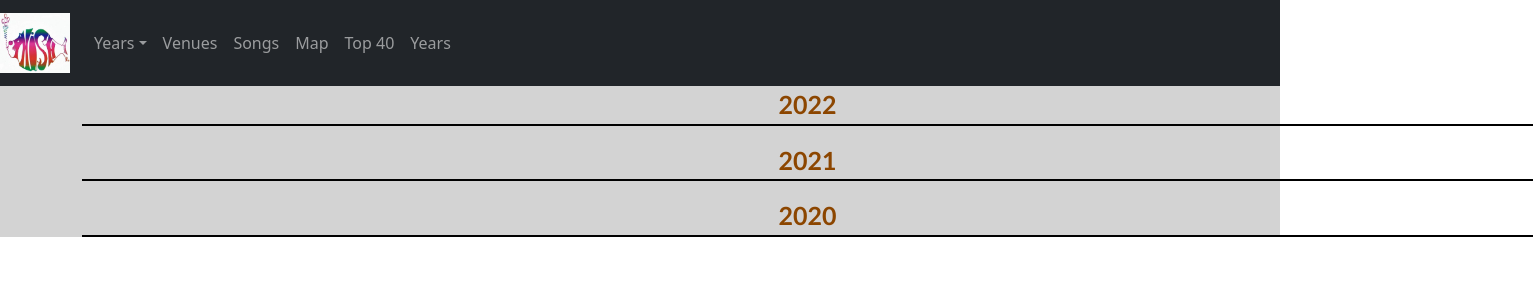
Repository: Jcparks84/gonePhishin
Page: / (app in my-app/)
These files come from the project's save history. The page is drawn as it stood at one moment and after a run of saves; the edit follows.
The browser window is 1280 px wide. The page is 1533 px wide, so the pictures cover 1533 px, including what lies to the right of the window. The pictures show the whole page.
The page's requests for data from a server got no answer. The project was rebuilt for these pictures with package versions that can differ from the ones it lists, and the page was loaded fresh each time. No one was signed in, and anything a server would have sent is missing. Also part of the build but not shown: my-app/src/components/audioPlayer/audioPlayer.js.

Above is the page before, as saved 2022-08-16 18:31:51.

After the next 2 saves:
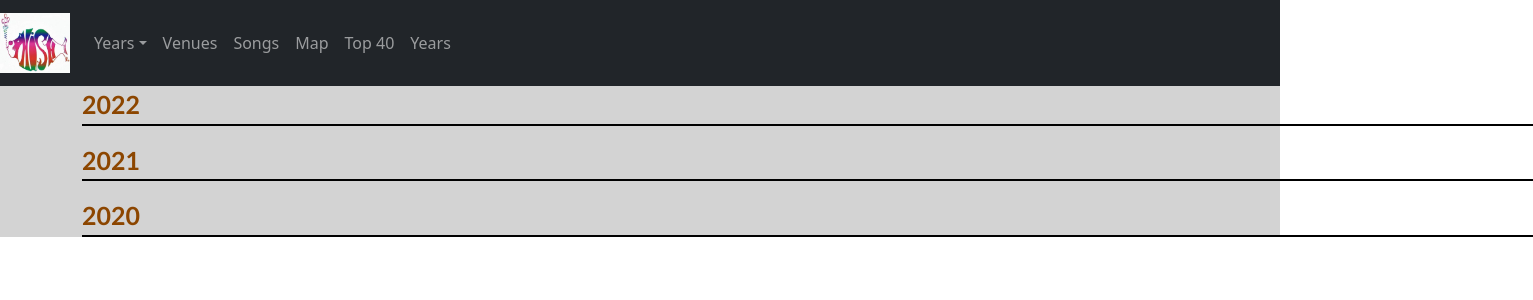
The 2 saves are shown as one change because they came seconds apart.
The last was saved 14 s later.
--- a/my-app/src/pages/yearPage/yearPage.css
+++ b/my-app/src/pages/yearPage/yearPage.css
@@ -7,7 +7,7 @@
 
 
 p {
-    text-align: 75px;
+    text-align: left;
     font-size: 25px;
     border-bottom:solid black 2px;
     width: 130%;
